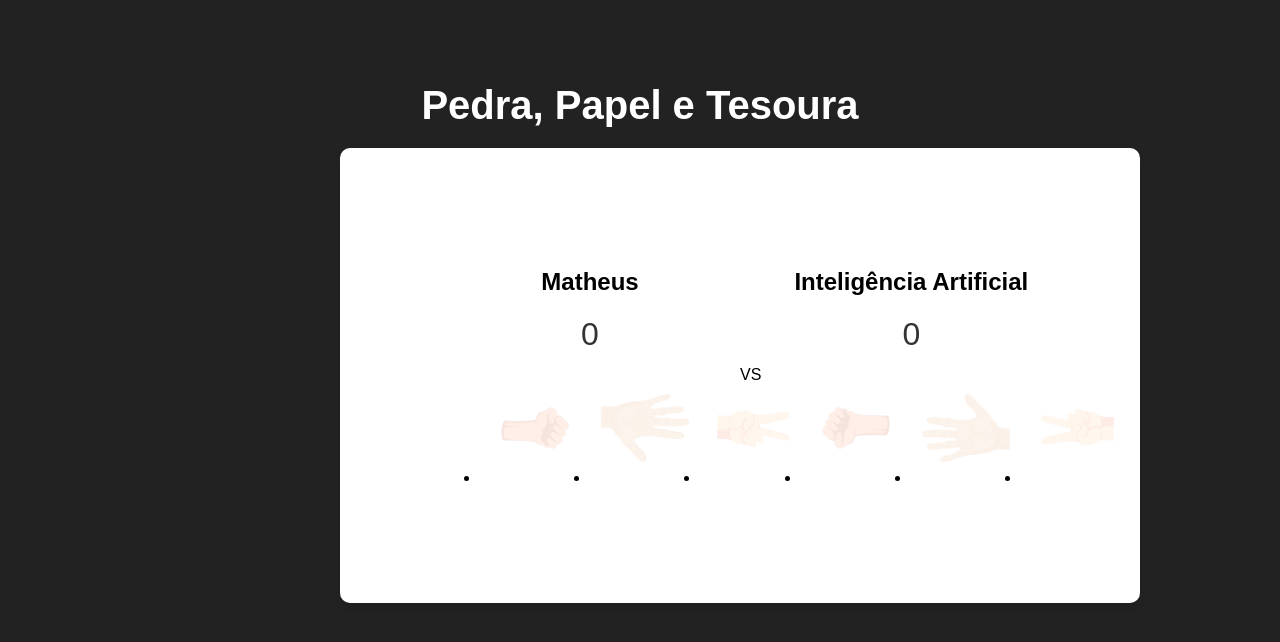
Repository: Matheus904-12/Pedra-Papel
Page: index.html
These files come from the project's save history. The page is drawn as it stood at one moment and after the next save; the edit follows.
The browser window is 1280 px wide. The pictures show the whole page.

Above is the page before, as saved 2023-08-28 21:54:11.

### index.html
<!DOCTYPE html>
<html lang="en">
<head>
    <meta charset="UTF-8">
    <meta name="viewport" content="width=device-width, initial-scale=1.0">
    <title>Pedra, Papel e Tesoura</title>
    <link rel="stylesheet" href="style.css">
    <script src="script.js"></script>
</head>
<body>
    <div class="box">
        <div class="container">
            <h1 id="titulo">Pedra, Papel e Tesoura</h1>
            <div class="placar" id="placar">
                <div class="jogador">
                    <h2 id="jogadorNome">Matheus</h2>
                    <p id="jogadorPontos">0</p>
                    <ul class="escolhas" id="jogadorEscolha">
                        <li>
                            <a id="jogadorEscolha1" class="escolha" onclick="jogar(1)">
                                <img src="img/1-removebg-preview.png" alt="">
                            </a>
                        </li>
                        <li>
                            <a id="jogadorEscolha2" class="escolha" onclick="jogar(2)">
                                <img src="img/2-removebg-preview.png" alt="">
                            </a>
                        </li>
                        <li>
                            <a id="jogadorEscolha3" class="escolha" onclick="jogar(3)">
                                <img src="img/3-removebg-preview.png" alt="">
                            </a>
                        </li>
                    </ul>
                </div>
                <div id="versus">VS</div>
                <div class="computador">
                    <h2 id="computadorNome">Inteligência Artificial</h2>
                    <p id="computadorPontos">0</p>
                    <ul class="escolhas" id="computadorEscolha">
                        <li>
                            <a id="computadorEscolha1" class="escolha">
                                <img src="img2/1.png" alt="">
                            </a>
                        </li>
                        <li>
                            <a id="computadorEscolha2" class="escolha">
                                <img src="img2/2.png" alt="">
                            </a>
                        </li>
                        <li>
                            <a id="computadorEscolha3" class="escolha">
                                <img src="img2/3.png" alt="">
                            </a>
                        </li>
                    </ul>
                </div>
            </div>
            <div class="mensagem"><p id="mensagem" class="result-message">&nbsp;</p>
    </div>
</body>
</html>

### style.css
ul#jogadorEscolha li a,
ul#computadorEscolha li a{
    opacity: 0.2;
    transition: ease-in-out 0.3s;
}
ul#jogadorEscolha li a:hover,
ul#jogadorEscolha li a.selecionado,
ul#computadorEscolha li a.selecionado {
    opacity: 1;
}

/* Estilos gerais */
body {
    font-family: 'Arial', sans-serif;
    background-color: #222;
    margin: 0;
    padding: 0;
    transition: background-color 0.5s ease;
    align-items: center;
}

/* Estilo do container principal */
.box {
    display: flex;
    align-items: center;
    justify-content: center;
    min-height: 100vh;
    transition: background-color 0.5s ease;
}

.container {
    width: 100%;
    max-width: 600px;
    text-align: center;
}

/* Estilo do título */
#titulo {
    font-size: 2.5rem;
    color: #fff;
    margin-bottom: 20px;
}

/* Estilo do placar */
.placar {
    display: flex;
    align-items: center;
    justify-content: space-between;
    padding: 100px;
    background-color: #fff;
    border-radius: 10px;
    box-shadow: 0 4px 6px rgba(0, 0, 0, 0.1);
    width: 100%;
    margin: 0 auto;
    max-width: 1200px;
}

.jogador,
.computador {
    width: 50%;
}

.jogador p,
.computador p {
    font-size: 2rem;
    color: #333;
    margin: 0;
}

.escolhas {
    display: flex;
    justify-content: space-around;
    margin-top: 20px;
}

.escolhas img {
    max-width: 110px;
    cursor: pointer;
    transition: transform 0.3s ease;
}

.escolhas img:hover {
    transform: scale(1.1);
}

/* Estilo do resultado/mensagem */
.result-message {
    font-size: 1.2rem;
    margin-top: 20px;
    color: #fff;
}

.result-message.vitoria {
    color: #4CAF50;
}

.result-message.derrota {
    color: #FF5733;
}

.result-message.empate {
    color: #FFC300;
}

/* Estilo do botão reiniciar */
.reiniciar-jogo {
    background-color: #3498db;
    border: none;
    color: white;
    padding: 10px 20px;
    text-align: center;
    text-decoration: none;
    display: inline-block;
    font-size: 16px;
    border-radius: 5px;
    cursor: pointer;
    transition: background-color 0.3s ease;
}

.reiniciar-jogo:hover {
    background-color: #2980b9;
}

/* Estilo do histórico */
.historico {
    text-align: center;
    margin-top: 20px;
}

.historico-toggle {
    background-color: #333;
    border: none;
    color: white;
    padding: 5px 10px;
    font-size: 14px;
    border-radius: 5px;
    cursor: pointer;
    transition: background-color 0.3s ease;
}

.historico-toggle:hover {
    background-color: #222;
}

.historico-list {
    list-style: none;
    padding: 0;
    display: none;
    text-align: left;
}

.historico-list li {
    font-size: 14px;
    margin-bottom: 5px;
    color: #fff;
}

### script.js
let jogadorEscolha = 0;
let jogadorPontos = 0;
let computadorEscolha = 0;
let computadorPontos = 0;
let ganhador = -1;
let historico = [];

function jogar(escolha){
    jogadorEscolha = escolha;
    computadorEscolha = Math.floor(Math.random() * 3) + 1;


/*PEDRA = 1
  PAPEL = 2
  TESOURA = 3
*/

if (jogadorEscolha == 1 && computadorEscolha == 1) {
    ganhador = 0;
    //*PEDRA = PEDRA*//
} else if (jogadorEscolha == 1 && computadorEscolha == 2) {
    ganhador = 2;
    //PEDRA E PAPEL = PAPEL//
} else if (jogadorEscolha == 1 && computadorEscolha == 3) {
    ganhador = 1;
    //PEDRA E TESOURA = PEDRA//
} else if (jogadorEscolha == 2 && computadorEscolha == 1) {
    ganhador = 1;
    //PAPEL E PEDRA = PEDRA
} else if (jogadorEscolha == 2 && computadorEscolha == 2) {
    ganhador =  0;
    //PAPEL E PAPEL = NADA
} else if (jogadorEscolha == 2 && computadorEscolha == 3) {
    ganhador = 2;
    //PAPEL E TESOURA = TESOURA
} else if (jogadorEscolha == 3 && computadorEscolha == 1) {
    ganhador = 2;
    //TESOURA E PEDRA = PEDRA
} else if (jogadorEscolha == 3 && computadorEscolha == 2) {
    ganhador = 1;
    //TESOURA E PAPEL = TESOURA
} else if (jogadorEscolha == 3 && computadorEscolha == 3) {
    ganhador = 0;
    //TESOURA E TESOURA = EMPATE
}


document.getElementById('jogadorEscolha1').classList.remove('selecionado');
document.getElementById('jogadorEscolha2').classList.remove('selecionado');
document.getElementById('jogadorEscolha3').classList.remove('selecionado');
document.getElementById('computadorEscolha1').classList.remove('selecionado');
document.getElementById('computadorEscolha2').classList.remove('selecionado');
document.getElementById('computadorEscolha3').classList.remove('selecionado');



document.getElementById('jogadorEscolha'+jogadorEscolha).classList.add('selecionado');
document.getElementById('computadorEscolha'+computadorEscolha).classList.add('selecionado');


/*
EMPATE = 0;
JOGADOR = 1;
COMPUTADOR = 2;
*/


// Atualizar placar
if (ganhador === 1) {
    jogadorPontos++;
} else if (ganhador === 2) {
    computadorPontos++;
}

document.getElementById('jogadorPontos').textContent = jogadorPontos;
document.getElementById('computadorPontos').textContent = computadorPontos;


// Mensagem do resultado
let mensagem = '';
if (ganhador === 1) {
    mensagem = 'Você venceu!';
} else if (ganhador === 2) {
    mensagem = 'Você perdeu!';
} else {
    mensagem = 'Empate!';
}

// Adicionar ao histórico
historico.push({
    jogador: jogadorEscolha,
    computador: computadorEscolha,
    resultado: ganhador
});

// Atualizar elementos na página
document.getElementById('jogadorPontos').textContent = jogadorPontos;
document.getElementById('computadorPontos').textContent = computadorPontos;
document.querySelector('.result-message').textContent = mensagem;
document.querySelector('.result-message').className = `result-message ${ganhadorClass}`;

// Exibir histórico
mostrarHistorico();

// Adicionar classe de estilo à mensagem
let mensagemElement = document.getElementById('mensagem');
mensagemElement.classList.remove('vitoria', 'derrota', 'empate');
if (ganhador === 1) {
    mensagemElement.classList.add('vitoria');
} else if (ganhador === 2) {
    mensagemElement.classList.add('derrota');
} else {
    mensagemElement.classList.add('empate');
}
}

function mostrarHistorico() {
let historicoList = document.getElementById('historico-list');
historicoList.innerHTML = '';

for (let i = 0; i < historico.length; i++) {
    let item = historico[i];
    let resultado = '';
    if (item.resultado === 1) {
        resultado = 'Vitória';
    } else if (item.resultado === 2) {
        resultado = 'Derrota';
    } else {
        resultado = 'Empate';
    }

    let listItem = document.createElement('li');
    listItem.textContent = `Jogador: ${item.jogador} | Computador: ${item.computador} | Resultado: ${resultado}`;
    historicoList.appendChild(listItem);
}


document.getElementById('historico-toggle').addEventListener('click', function() {
    const historicoList = document.querySelector('.historico-list');
    historicoList.style.display = historicoList.style.display === 'none' ? 'block' : 'none';
    this.textContent = historicoList.style.display === 'none' ? 'Ver Histórico' : 'Esconder Histórico';
});

// Mensagem do resultado
let mensagem = '';
if (ganhador === 1) {
    mensagem = 'Você venceu!';
} else if (ganhador === 2) {
    mensagem = 'Você perdeu!';
} else {
    mensagem = 'Empate!';
}

// Adicionar ao histórico
historico.push({
    jogador: jogadorEscolha,
    computador: computadorEscolha,
    resultado: ganhador
});


// Atualizar elementos na página
document.getElementById('jogadorPontos').textContent = jogadorPontos;
document.getElementById('computadorPontos').textContent = computadorPontos;
document.querySelector('.result-message').textContent = mensagem;
document.querySelector('.result-message').className = `result-message ${ganhadorClass}`;


 // Adicionar classe de estilo à mensagem
let mensagemElement = document.querySelector('.mensagem');
mensagemElement.classList.remove('vitoria', 'derrota', 'empate');
if (ganhador === 1) {
    mensagemElement.classList.add('vitoria');
} else if (ganhador === 2) {
    mensagemElement.classList.add('derrota');
} else {
    mensagemElement.classList.add('empate');
}

// Atualizar estilo da página com base no resultado
document.querySelector('.box').className = `box ${ganhadorClass}`;




// Atualizar cor de fundo com base no resultado
if (ganhador === 1) {
    document.body.style.backgroundColor = '#4CAF50'; // Verde
} else if (ganhador === 2) {
    document.body.style.backgroundColor = '#FF5733'; // Vermelho
} else {
    document.body.style.backgroundColor = '#FFC300'; // Amarelo
}


// Selecionar escolha do jogador
document.getElementById(`jogadorEscolha${jogadorEscolha}`).classList.add('selecionado');


// Atualizar escolhas do jogador
document.getElementById(`jogadorEscolha${jogadorEscolha}`).classList.add('selecionado');
document.getElementById(`computadorEscolha${computadorEscolha}`).classList.add('selecionado');

// Atualizar estilo da página com base no resultado
document.querySelector('.box').className = `box ${ganhadorClass}`;

// Função para reiniciar o jogo
function reiniciarJogo() {
    jogadorPontos = 0;
    computadorPontos = 0;
    historico = [];
    limparEscolhas();
    atualizarPlacar();
    limparMensagem();
    mostrarHistorico();
    resetarEstiloPagina();
}

// Limpar escolhas selecionadas
function limparEscolhas() {
    document.querySelectorAll('.escolha').forEach(element => {
        element.classList.remove('selecionado');
    });
}

// Atualizar placar
function atualizarPlacar() {
    document.getElementById('jogadorPontos').textContent = jogadorPontos;
    document.getElementById('computadorPontos').textContent = computadorPontos;
}

// Limpar mensagem do resultado
function limparMensagem() {
    document.querySelector('.result-message').textContent = '';
    document.querySelector('.mensagem').className = 'mensagem';
}

// Resetar estilo da página
function resetarEstiloPagina() {
    document.querySelector('.box').className = 'box';
}

// Botão de reiniciar o jogo
document.getElementById('reiniciar-jogo').addEventListener('click', function() {
    reiniciarJogo();
});


// Função para reiniciar o jogo
function reiniciarJogo() {
    jogadorPontos = 0;
    computadorPontos = 0;
    historico = [];
    limparEscolhas();
    atualizarPlacar();
    limparMensagem();
    mostrarHistorico();
    resetarEstiloPagina();
}

// Limpar escolhas selecionadas
function limparEscolhas() {
    document.querySelectorAll('.escolha').forEach(element => {
        element.classList.remove('selecionado');
    });
}

// Atualizar placar
function atualizarPlacar() {
    document.getElementById('jogadorPontos').textContent = jogadorPontos;
    document.getElementById('computadorPontos').textContent = computadorPontos;
}

// Limpar mensagem do resultado
function limparMensagem() {
    document.querySelector('.result-message').textContent = '';
    document.querySelector('.mensagem').className = 'mensagem';
}

// Resetar estilo da página
function resetarEstiloPagina() {
    document.querySelector('.box').className = 'box';
}

// Botão de reiniciar o jogo
document.getElementById('reiniciar-jogo').addEventListener('click', function() {
    reiniciarJogo();
});


}

After the next save:
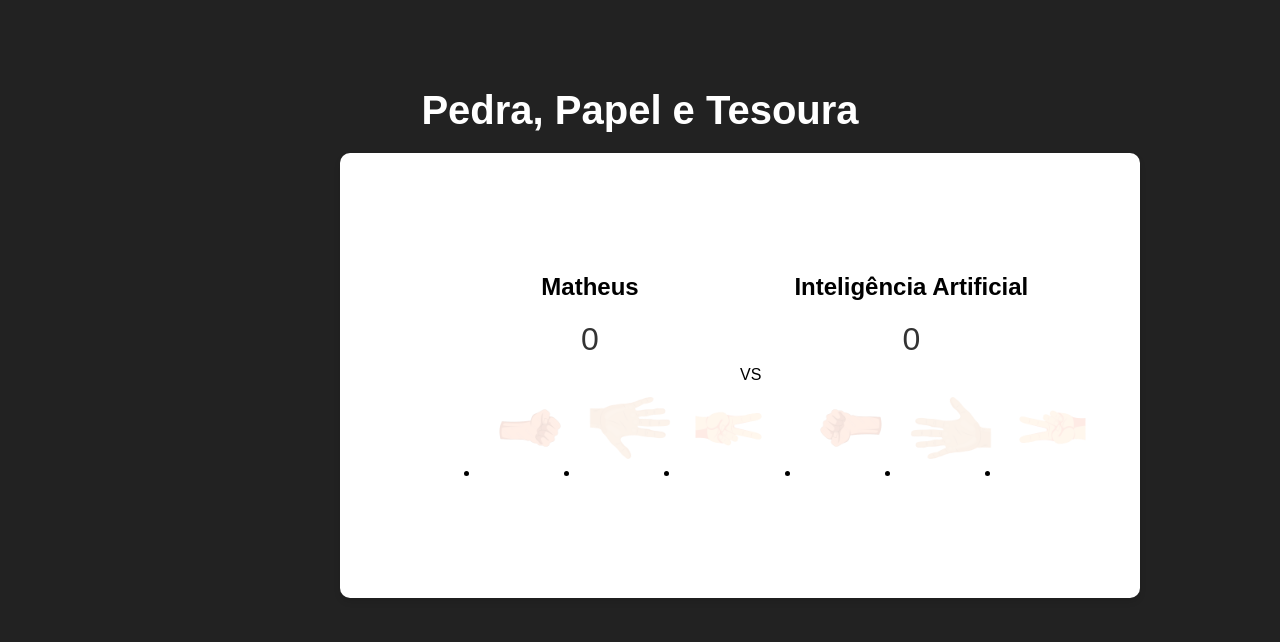
Saved 10 s later.
--- a/style.css
+++ b/style.css
@@ -74,7 +74,7 @@ body {
 }
 
 .escolhas img {
-    max-width: 110px;
+    max-width: 100px;
     cursor: pointer;
     transition: transform 0.3s ease;
 }
